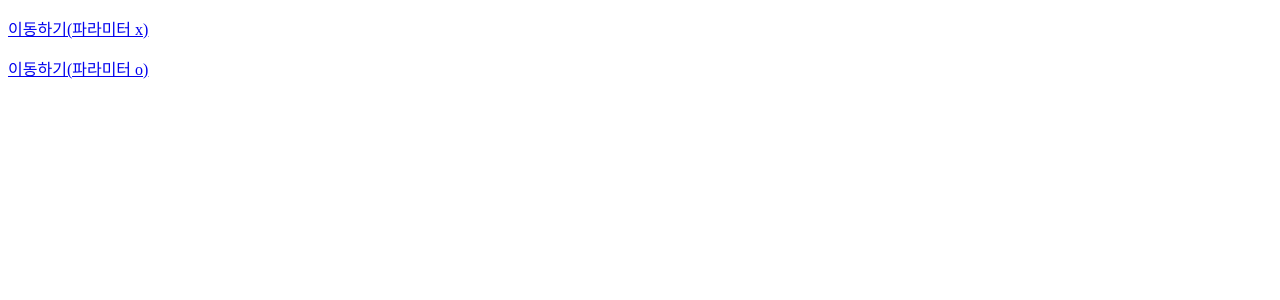
Repository: wjsjsn/23_jspstudy
Page: http://localhost/02_jsp/view/ex06_response.jsp
These files come from the project's save history. The page is drawn as it stood at one moment and after the next save; the edit follows.
The browser window is 1280 px wide. The pictures show the whole page.
The page is served by Tomcat 9.

Above is the page before, as saved 2023-07-04 04:07:41.

After the next save:
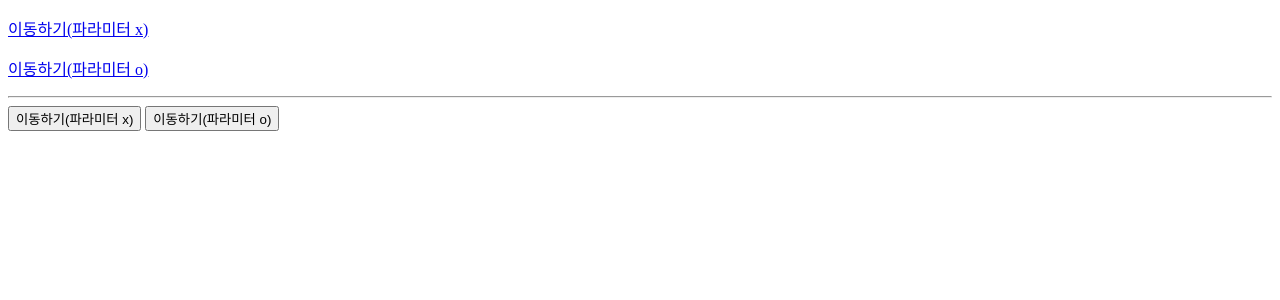
Saved 4 min 26 s later.
--- a/02_jsp/src/main/webapp/view/ex06_response.jsp
+++ b/02_jsp/src/main/webapp/view/ex06_response.jsp
@@ -5,6 +5,15 @@
 <head>
 <meta charset="UTF-8">
 <title>내장 객체 : response</title>
+<script type="text/javascript">
+	function send_go1() {
+		location.href = "ex02_script.jsp";
+	}
+
+	function send_go2() {
+		location.href = "ex05_result.jsp?name=둘리&age=24&gender=남&hobby=운동&hobby=게임";
+	}
+</script>
 </head>
 <body>
 <%--
@@ -45,5 +54,9 @@
  --%>
  <p><a href="ex02_script.jsp">이동하기(파라미터 x)</a></p>
  <p><a href="ex05_result.jsp?name=둘리&age=24&gender=남&hobby=운동&hobby=게임">이동하기(파라미터 o)</a></p>
+ <hr>
+
+ <button onclick="send_go1()">이동하기(파라미터 x)</button>
+ <button onclick="send_go2()">이동하기(파라미터 o)</button>
 </body>
 </html>
